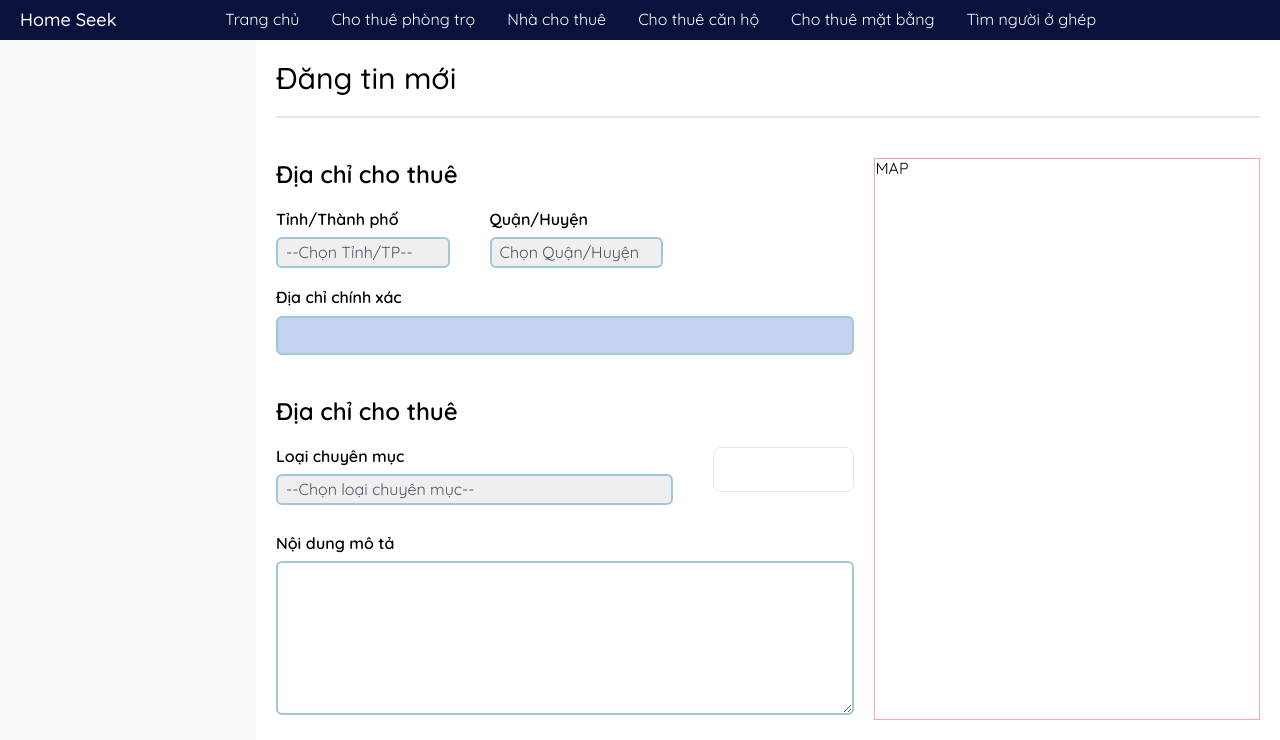
Repository: ajincome26/homeseek
Page: /create (app in client/)
The author's editor kept a copy of each file at every save. The page is drawn from the files as they stood at one save, then again after the next save.
The browser window is 1280 px wide. The pictures show the whole page.
The page's requests for data from a server got no answer. The project was rebuilt for these pictures with package versions that can differ from the ones it lists, and the page was loaded fresh each time. Some packages were replaced by stand-ins written for this rebuild. No one was signed in, and anything a server would have sent is missing. Also part of the build but not shown: client/vite.config.ts, client/src/components/Footer/Footer.tsx, client/src/components/Button/Button.tsx, client/src/components/Button/index.ts, client/src/utils/utils.tsx, client/src/components/MainHeader/components/User.tsx, client/src/components/Popover/Popover.tsx, client/src/components/Popover/index.ts and 16 more.

Above is the page before, as saved 2024-01-10 04:36:39.

After the next save:
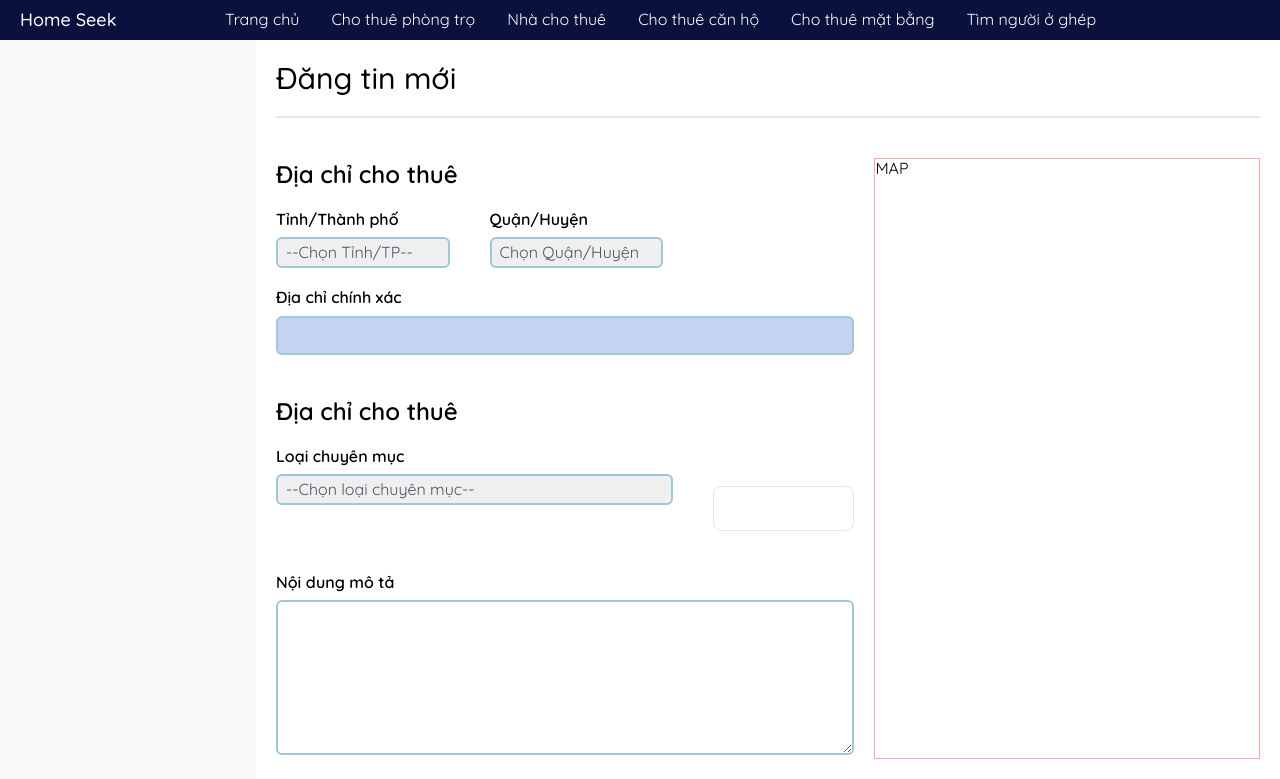
Saved 45 s later.
--- a/client/src/pages/CreatePostPage/components/Overview.tsx
+++ b/client/src/pages/CreatePostPage/components/Overview.tsx
@@ -6,6 +6,7 @@ import { Select } from '~/components/Select'
 import { categories } from '~/constants/data'
 import { useForm } from 'react-hook-form'
 import { postSchema, PostSchema } from '~/utils/schema'
+import { Label } from '~/components/Label'
 
 export type FormCreatePost = PostSchema
 
@@ -32,6 +33,7 @@ const Overview = () => {
           setValue={setCategory}
         />
         <Field>
+          <Label htmlFor='title'>Tiêu đề</Label>
           <Input title='Tiêu đề' register={register} name='title' errorMessage={errors.title?.message} />
         </Field>
       </div>
